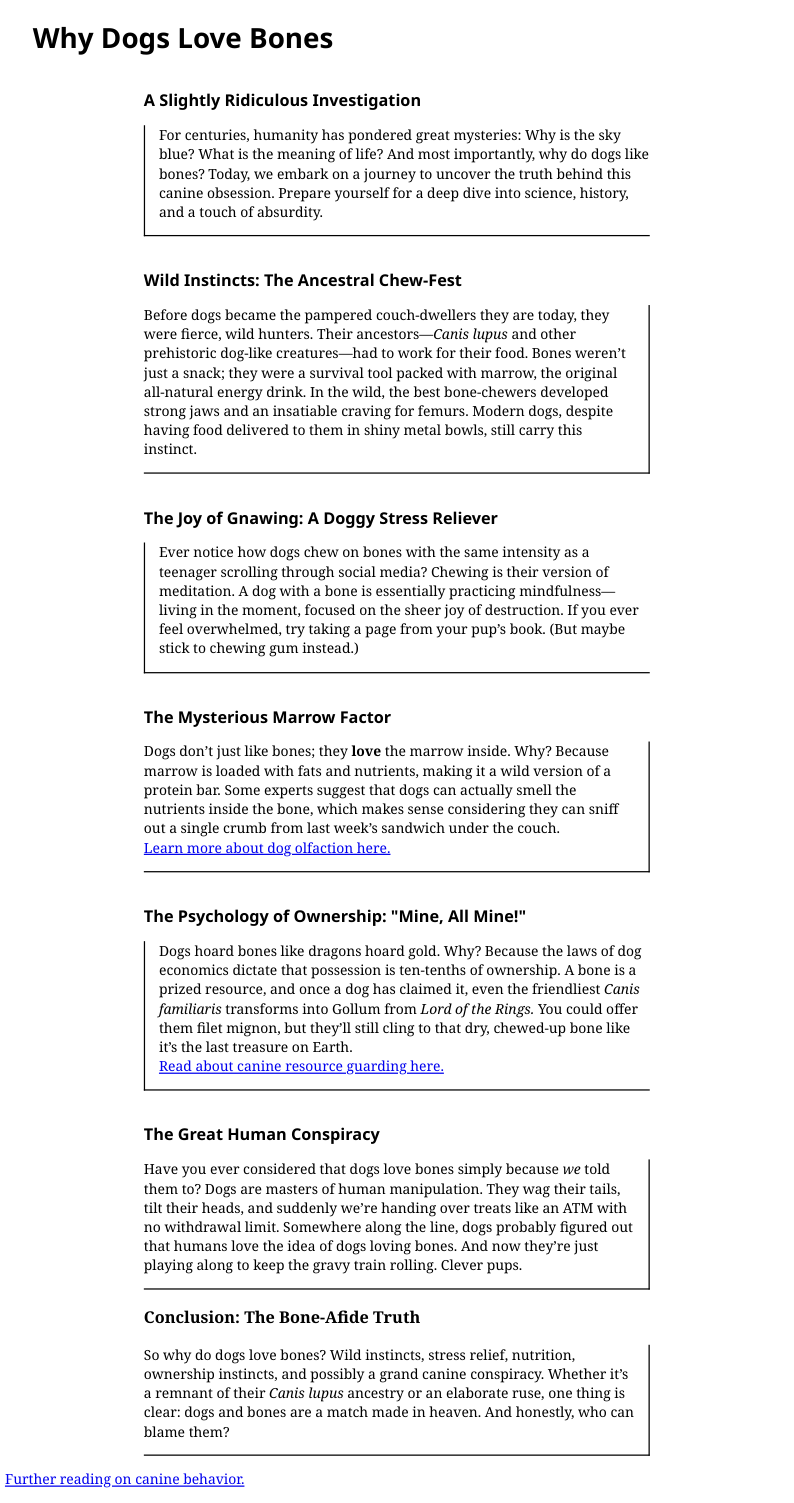
Repository: Leith-vdl/apprentice-challenge-1
Page: index.html
An editor plug-in stored every save of this project. The page is shown before and after the next save, followed by the edit.
The browser window is 1280 px wide. The pictures show the whole page, at 62% of full size.

Above is the page before, as saved 2025-01-31 15:40:37.

After the next save:
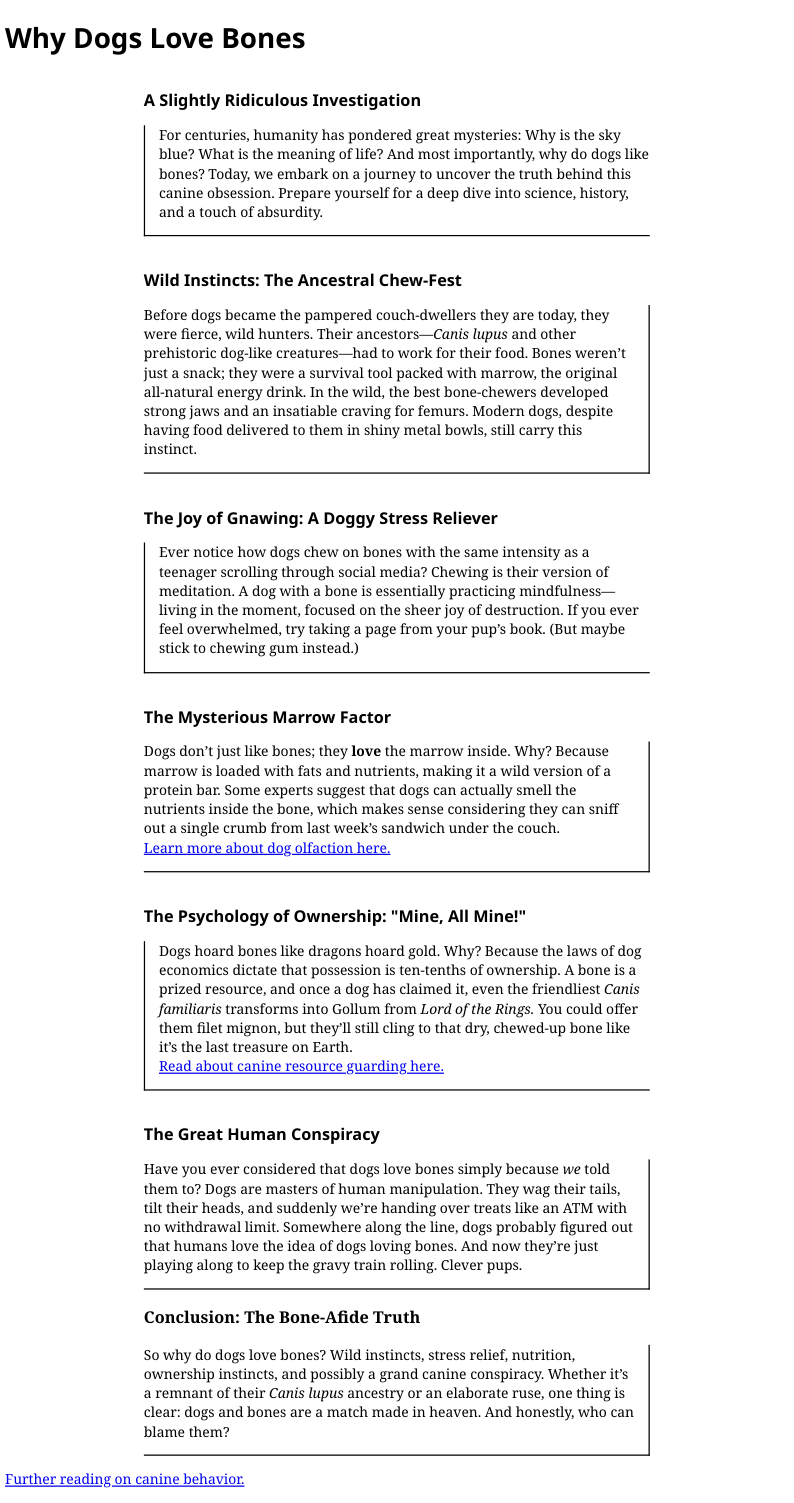
Saved 12 s later.
--- a/styles/styles.css
+++ b/styles/styles.css
@@ -7,7 +7,7 @@ main {
     margin: 0 10em;
 }
 
-header.page-header, footer.page-footer {
+header.page-header footer.page-footer {
     margin: 0 0 0 2em;
 }
 
